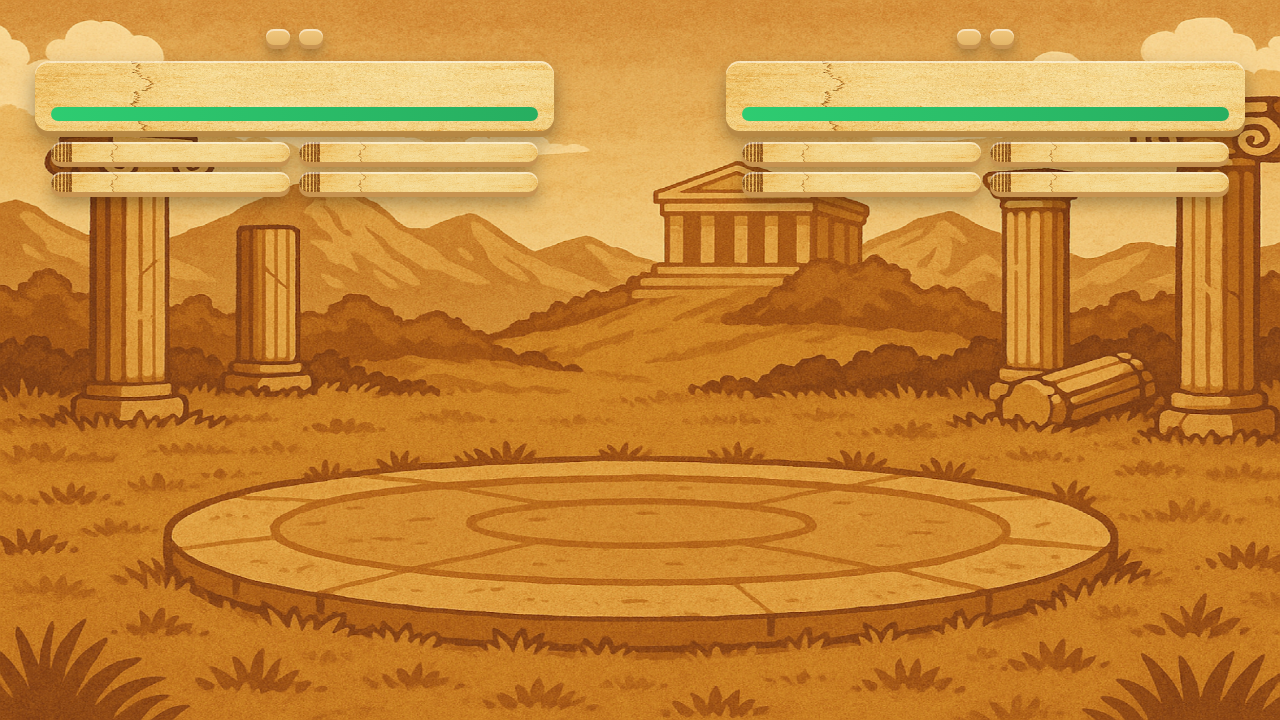
Repository: brianabariteau/Web-1-Final-Project-2025
Page: features/game/game.html
These files come from the project's save history. The page is drawn as it stood at one moment and after the next save; the edit follows.
The browser window is 1280 px wide. The pictures show the whole page.
Some web fonts or font styles are not loaded; a fallback is used.

Above is the page before, as saved 2025-12-23 19:04:59.

After the next save:
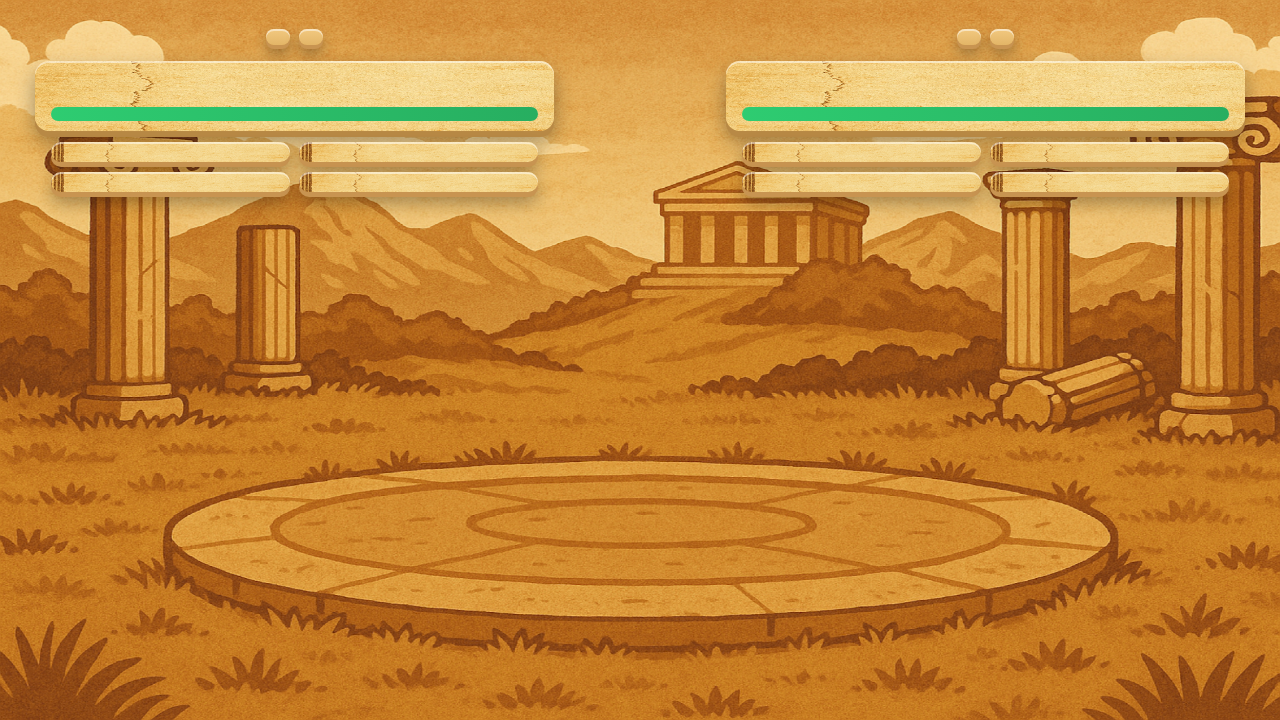
Saved 8 s later.
--- a/features/game/game.css
+++ b/features/game/game.css
@@ -153,7 +153,7 @@ body {
   transition: transform 0.12s ease, box-shadow 0.12s ease;
 
   background-image: url("../character-selection/assets/parchment-background.png");
-  background-size: 120% 200%;
+  background-size: 130% 200%;
   background-repeat: no-repeat;
   background-position: center;
 }
